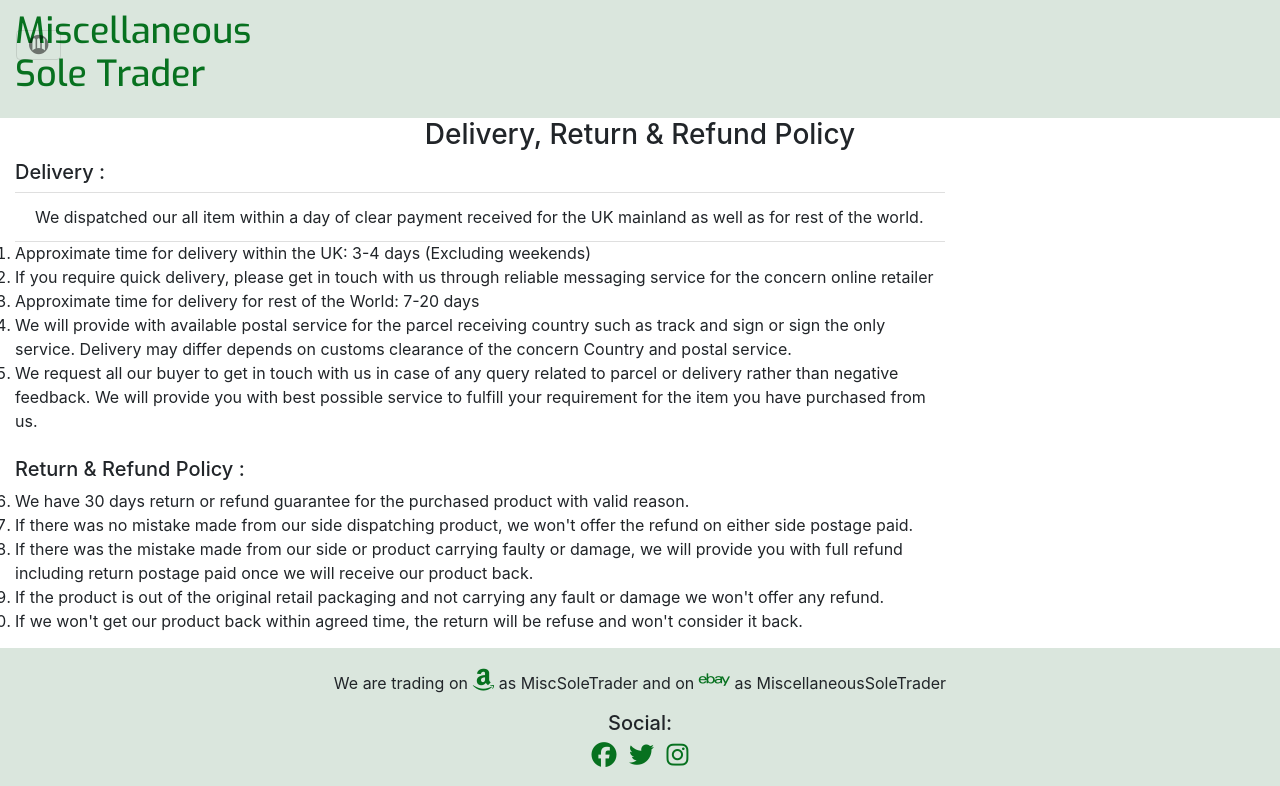
Repository: Code-Institute-Submissions/MilestoneProjectMST
Page: delretref.html
The author's editor kept a record of every edit. The page is drawn from the files as they stood at one moment, then again after the next edit.
The browser window is 1280 px wide. The pictures show the whole page.
Some web libraries are served in a nearby version.

Above is the page before.
Console error: TypeError: Cannot read properties of undefined (reading 'fn')

After the next edit:
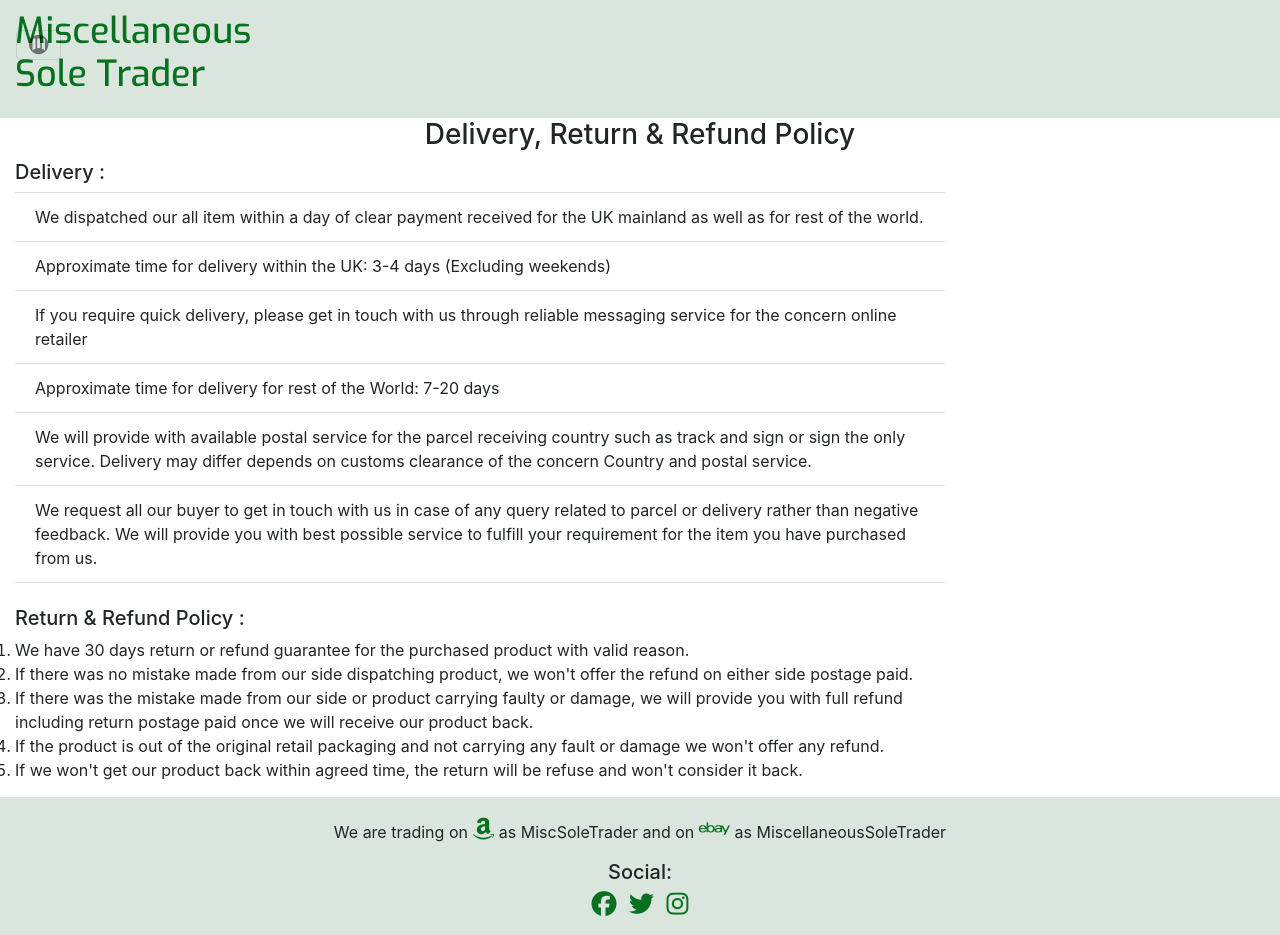
The edit:
--- a/delretref.html
+++ b/delretref.html
@@ -63,11 +63,11 @@
                 <h5 class="delretref-caption">Delivery : </h5>
                 <ol class="list-group list-group-flush">
                     <li class="list-group-item">We dispatched our all item within a day of clear payment received for the UK mainland as well as for rest of the world.</li>
-                    <li>Approximate time for delivery within the UK: 3-4 days (Excluding weekends)</li>
-                    <li>If you require quick delivery, please get in touch with us through reliable messaging service for the concern online retailer</li>
-                    <li>Approximate time for delivery for rest of the World: 7-20 days</li>
-                    <li>We will provide with available postal service for the parcel receiving country such as track and sign or sign the only service. Delivery may differ depends on customs clearance of the concern Country and postal service.</li>
-                    <li>We request all our buyer to get in touch with us in case of any query related to parcel or delivery rather than negative feedback. We will provide you with best possible service to fulfill your requirement for the item you have purchased
+                    <li class="list-group-item">Approximate time for delivery within the UK: 3-4 days (Excluding weekends)</li>
+                    <li class="list-group-item">If you require quick delivery, please get in touch with us through reliable messaging service for the concern online retailer</li>
+                    <li class="list-group-item">Approximate time for delivery for rest of the World: 7-20 days</li>
+                    <li class="list-group-item">We will provide with available postal service for the parcel receiving country such as track and sign or sign the only service. Delivery may differ depends on customs clearance of the concern Country and postal service.</li>
+                    <li class="list-group-item">We request all our buyer to get in touch with us in case of any query related to parcel or delivery rather than negative feedback. We will provide you with best possible service to fulfill your requirement for the item you have purchased
                         from us.</li>
                 <!--</ol>-->
                 <br>
